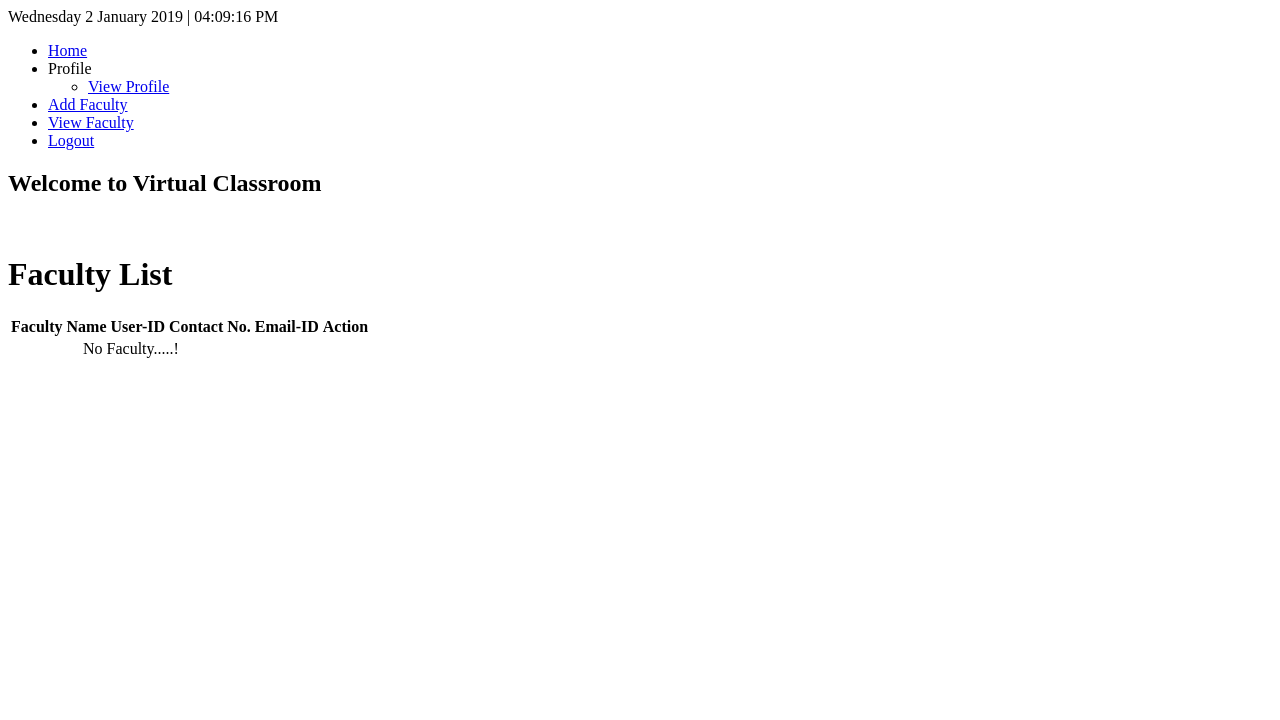
Repository: Rajendra1998/Virtual_classroom_mvc_project
Page: http://localhost/Virtual_classroom/display_faculty.jsp
The author's editor kept a copy of each file at every save. The page is drawn from the files as they stood at one save, then again after the next save.
The browser window is 1280 px wide. The pictures show the whole page.
The page is served by Tomcat 9. The template is opened directly, without the code that normally fills it, so the values that code supplies are empty.

Above is the page before, as saved 2019-01-09 19:34:45.

After the next save:
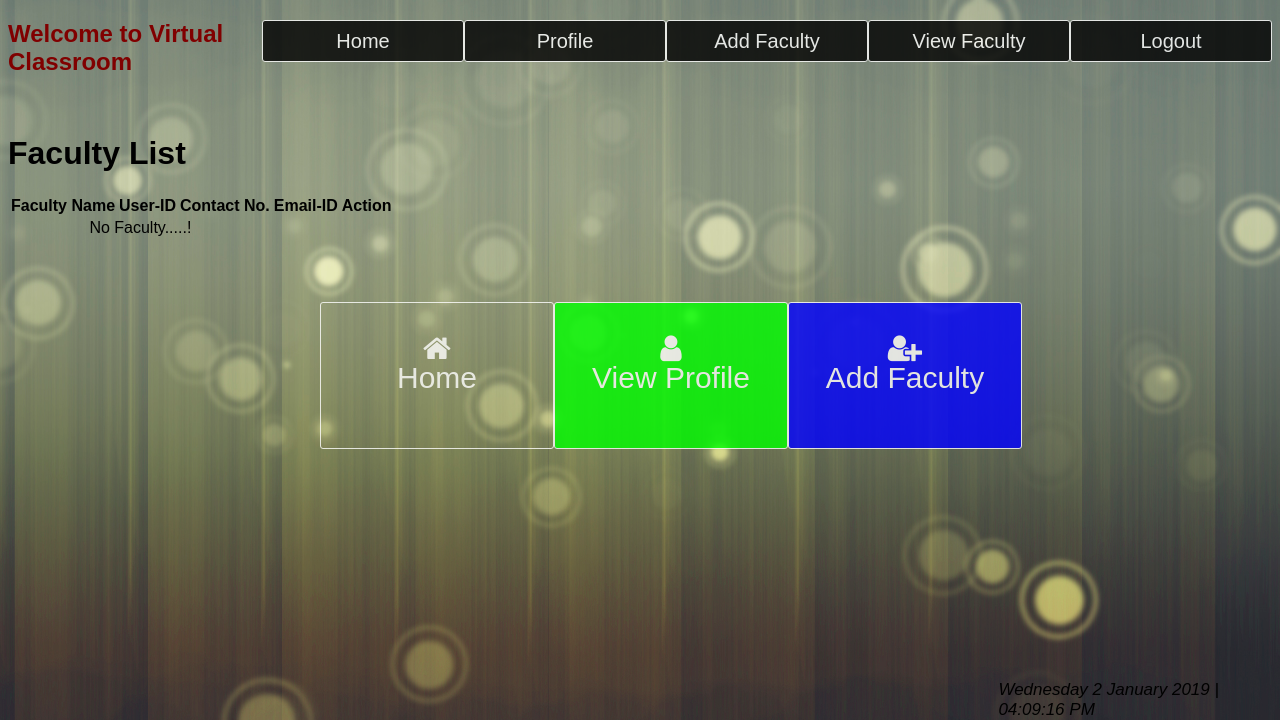
Saved 4 min 42 s later.
--- a/Virtual_classroom/WebContent/display_faculty.jsp
+++ b/Virtual_classroom/WebContent/display_faculty.jsp
@@ -6,6 +6,109 @@
 <head>
 <meta http-equiv="Content-Type" content="text/html; charset=ISO-8859-1">
 <title> ADMIN | VIEW_FACULTY </title>
+<link rel="stylesheet" href="https://maxcdn.bootstrapcdn.com/font-awesome/4.7.0/css/font-awesome.min.css">
+	<style type="text/css" rel="stylesheet">
+	body{
+		background-image:url(pic1.jpg);
+		background-repeat:no-repeat;
+	 	font-family:sans-serif;
+		background-size:cover;
+	}
+	#MyClockDisplay{
+		font-color:red;
+		font-style:oblique;
+		font-size:17px;
+		z-index:2;
+		position:absolute;
+		top:94.5%;
+		left:78%;
+	}
+	h2{
+		color:#800000;
+	}
+	.menu nav{
+		position:relative;
+		float:right;
+	}
+	.menu nav ul{
+		margin: 0px;
+		padding: 0px;
+		list-style: none;
+	}
+	.menu nav ul li {
+		float:left;
+		width: 200px;
+		height: 40px;
+		background-color: black;
+		border:1px  solid white;
+		opacity: .8;
+		line-height: 40px;
+		text-align: center;
+		font-size: 20px;
+		position:relative;
+		border-radius:3px;
+	}
+	.menu nav ul li a {
+		text-decoration: none;
+		color:white;
+		display:block;
+	}
+	.menu nav ul li a:hover {
+		background-color: green;
+		border-radius: 3px;
+	}
+	.menu nav ul ul  {
+		position:absolute;
+		display: none;
+	}
+	.menu nav ul li:hover > ul {
+		display: block;
+
+	}
+	.menu nav ul ul ul{
+		margin-left: 200px;
+		top:0px;
+	}
+	.menu1 nav{
+		position:absolute;
+		top:42%;
+		left:25%;
+
+	}
+	.menu1 nav ul{
+		margin: 0px;
+		padding: 0px;
+		list-style: none;
+	}
+	.menu1 nav ul li {
+		float:left;
+		width: 232px;
+		height: 145px;
+		border:1px  solid white;
+		opacity: .8;
+		line-height: 30px;
+		text-align: center;
+		font-size: 30px;
+		position:relative;
+		border-radius:3px;
+
+	}
+	.menu1 nav ul li.profile{
+		background-color: #00ff00;
+	}
+	.menu1 nav ul li.add{
+		background-color: #0000ff;
+	}
+	.menu1 nav ul li.view{
+		background-color:#ff0080;
+	}
+	.menu1 nav ul li a {
+		text-decoration: none;
+		color:white;
+		display:block;
+	}
+
+	</style>
 </head>
 <body>
 <div id="MyClockDisplay"></div>
@@ -70,6 +173,7 @@
 	<%Admin currentAdmin=(Admin)session.getAttribute("currentAdmin");%>
 	<h2>Welcome to Virtual Classroom</h2>
 	<br>
+
      <div class="panel">
             <h1>Faculty List</h1>
             <table class="bordered_table">
@@ -108,6 +212,15 @@
             </table>
 
          </div>
+         <div class="menu1">
+		<nav>
+			<ul>
+				<li class="home"><a href="Admin_logged.jsp"><br><i class="fa fa-home" aria-hidden="true"></i><br>Home</a></li>
+				<li class="profile"><a href="adm_pro"><br><i class="fa fa-user" aria-hidden="true"></i><br>View Profile</a></li>
+				<li class="add"><a href="Add_Faculty.jsp"><br><i class="fa fa-user-plus" aria-hidden="true"></i><br>Add Faculty</a></li>
+			</ul>
+		</nav>
+	</div>
 
 </body>
 </html>
